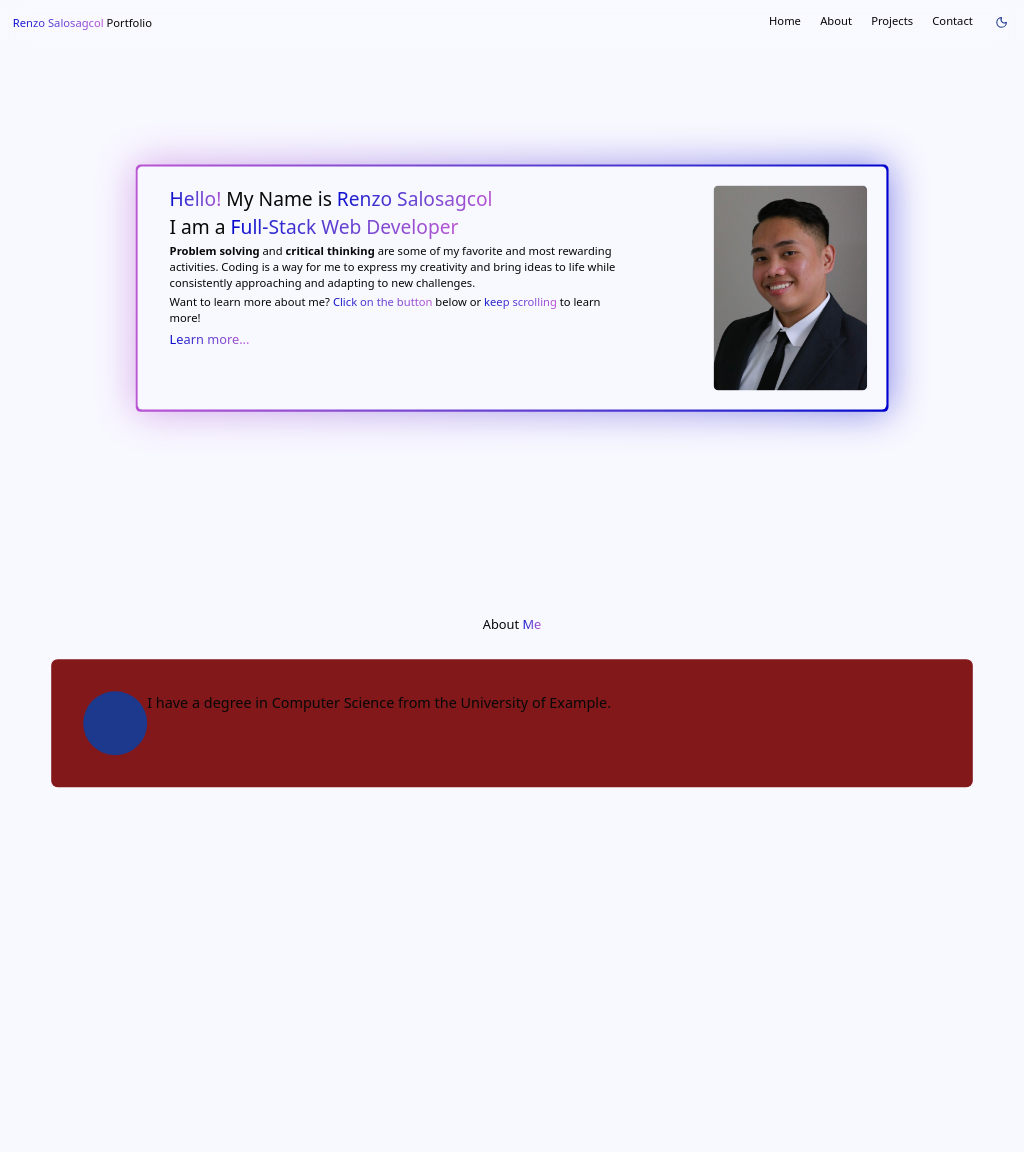
Repository: Renzo-Salosagcol/Updated_Personal_Portfolio
Page: /
An editor plug-in stored every save of this project. The page is shown before and after the next save, followed by the edit.
The browser window is 1280 px wide. The pictures show the whole page, at 80% of full size.
The project was rebuilt for these pictures with package versions that can differ from the ones it lists, and the page was loaded fresh each time. Also part of the build but not shown: vite.config.js, src/pages/NotFound.jsx.

Above is the page before, as saved 2025-10-10 12:30:46.

### index.html
<!doctype html>
<html lang="en">
  <head>
    <meta charset="UTF-8" />
    <link rel="icon" type="image/svg+xml" href="/vite.svg" />
    <meta name="viewport" content="width=device-width, initial-scale=1.0" />
    <title>updated-personal-portfolio</title>
  </head>
  <body>
    <div id="root"></div>
    <script type="module" src="/src/main.jsx"></script>
  </body>
</html>

### src/index.css
@import "tailwindcss";

@theme {
  --color-background: var(--background);
  --color-foreground: var(--foreground);

  --color-primary: var(--primary);
  --color-secondary: var(--secondary);

  --animate-fade-in: fade-in 1s ease-in forwards;
}

@layer base {
  /* Light Theme */
  :root {
    --background: #f8f8ff; /* Ghost White */
    --foreground: #080808; /* Vampire Black */

    --primary: #0000cd; /* Medium Blue */
    --secondary: #ba55d3; /* Medium Orchid */
  }

  /* Dark Theme */
  .dark {
    --background: #080808; /* Vampire Black */
    --foreground: #f8f8ff; /* Ghost White */

    --primary: #ff0800; /* Candy Apple Red */
    --secondary: #fefc22; /* Laser Lemon */
  }

  html {
    @apply scroll-smooth;
  }

  body {
    @apply bg-background text-foreground transition-colors duration-300;
  }
}

@property --gradient-angle {
  syntax: "<angle>";
  initial-value: 0deg;
  inherits: false;
}

@keyframes spin {
  from {
    --gradient-angle: 0deg;
  }
  to {
    --gradient-angle: 360deg;
  }
}

@keyframes fade-in {
  0% {
    opacity: 0;
    transform: translateY(20px);
  }
  100% {
    opacity: 1;
    transform: translateY(0);
  }
}

@utility container {
  margin-inline: auto;
  padding-inline: 1rem;
}

@utility after-gradient-border {
  @apply absolute h-[101.5%] w-[100.5%] top-1/2 left-1/2 -translate-x-1/2 -translate-y-1/2 rounded-md -z-10 bg-gradient-to-l from-primary to-secondary;
  content: '';
  /* animation: 3s spin linear infinite; */
}

@utility before-gradient-border {
  @apply after-gradient-border;
  filter: blur(1.5rem);
  opacity: 0.5;
}

@utility gradient-text {
  @apply text-transparent bg-clip-text bg-gradient-to-r from-primary to-secondary transition-colors duration-300;
}

@utility gradient-button {
  @apply after:after-gradient-border after:w-[103%] before:before-gradient-border gradient-text z-0;
}

@utility gradient-button-inner {
  @apply flex h-full w-full items-center justify-center rounded-full bg-background gradient-text z-10
}

@utility gradient-border {
  @apply after:after-gradient-border before:before-gradient-border
}

@utility glassmorphism {
  @apply bg-background/30 backdrop-blur-lg
}

### src/App.jsx
import { BrowserRouter, Routes, Route } from "react-router-dom"
import { Home } from "./pages/Home"
import { NotFound } from "./pages/NotFound"

function App() {
  return (
    <BrowserRouter>
      <Routes>
        <Route path="/" element={<Home />} />
        <Route path="*" element={<NotFound />} />
      </Routes>
    </BrowserRouter>
  )
}

export default App

### src/pages/Home.jsx
import { Background } from "../components/Background"
import { Navbar } from "../components/Navbar"
import { Hero } from "../components/Hero"
import { About } from "../components/About"

export const Home = () => {
  return (
    <div id="home" className="w-full h-screen">
      {/* Background */}
      <Background />


      {/* Navbar */}
      <Navbar />

      {/* Main */}
      <Hero />
      <About />

      {/* Footer */}
    </div>
  )
}

### src/components/Background.jsx


export const Background = () => {
  return (
    <div className="fixed inset-0 overflow-hidden pointer-events-none -z-40 bg-background w-screen h-screen">
    </div>
  )
}

### src/components/Navbar.jsx
import { ThemeToggle } from './ThemeToggle'

const items = [
  { name: 'Home', href: '#home' },
  { name: 'About', href: '#about' },
  { name: 'Projects', href: '#projects' },
  { name: 'Contact', href: '#contact' },
]

export const Navbar = () => {
  return (
    <nav className="fixed top-0 left-0 w-full p-2 flex items-center justify-between glassmorphism z-40 text-sm md:text-md text-foreground">
      <a href="#home" className="p-2"><span className="gradient-text">Renzo Salosagcol</span> Portfolio</a>
      <ul className="flex gap-6 p-2">
        {items.map(item => (
          <li key={item.name}
            className="hover:gradient-text transition-all duration-300 relative">
            <a href={item.href}>{item.name}</a>
          </li>
        ))}
        <li><ThemeToggle /></li>
      </ul>
    </nav>
  )
}

### src/components/Hero.jsx
import GradientButton from "./GradientButton";

export const Hero = () => {
  return (
    <main className="relative min-h-screen flex items-center justify-center max-w-10/12 rounded-md container z-0">
      <div className="z-0 relative gradient-border opacity-0 animate-fade-in">
        <div className="w-full h-full relative container flex flex-cols md:flex-rows justify-between gap-6 rounded-md p-6 bg-background">
          <div className="container flex flex-col gap-1">
            <h1 className="text-lg md:text-xl lg:text-2xl">
              <span className="gradient-text">Hello! </span>
              My Name is
              <span className="gradient-text"> Renzo Salosagcol</span>
            </h1>
            <h1 className="text-lg md:text-xl lg:text-2xl">I am a <span className="gradient-text">Full-Stack Web Developer</span></h1>
            <h3 className="w-md md:w-lg lg:w-xl text-sm">
              <span className="font-bold">Problem solving</span> and
              <span className="font-bold"> critical thinking </span>
              are some of my favorite and most rewarding activities. Coding is a way for me to express my creativity and bring ideas to life while consistently approaching and adapting to new challenges.
            </h3>
            <h3 className="w-md md:w-lg lg:w-xl text-sm">Want to learn more about me?
              <span className="gradient-text"> Click on the button</span> below or
              <span className="gradient-text"> keep scrolling</span> to learn more!
            </h3>
            <a
              href="#about"
              className="relative"
            >
              <GradientButton content="Learn more..." />
            </a>
          </div>
          <div>
            <img
            src="../../headshot.jpeg"
            alt="Headshot Photo"
            className="rounded-md w-64 h-64 object-cover"
            />
          </div>
      </div>
      </div>
    </main>
  )
}

### src/components/About.jsx
import { GraduationCap } from "lucide-react"

const experiences = [
  {
    name: "Education",
    icon: GraduationCap,
    description: "I have a degree in Computer Science from the University of Example.",
    link: "https://example.com/education"
  }
]

export const About = () => {
  return (
    <section id="about" className="relative min-h-screen py-12">
      <div className="top-0 flex items-center justify-center">
        <h1 >About <span className="gradient-text">Me</span></h1>
      </div>
      <div className="bg-red-900 mx-auto mt-8 max-w-6xl rounded-lg p-6 grid-cols-1 gap-6">
        {experiences.map((experience, index) => (
          <div key={index} className="flex flex-row items-start p-4">
            <experience.icon className="w-10 h-10 p-10 left rounded-full bg-blue-900" />
            <div>
              <p className="text-sm md:text-md lg:text-lg">
                {experience.description}
              </p>
              <a
                href={experience.link}
                target="_blank"
                rel="noopener noreferrer"
                className="text-blue-500 hover:underline"
              >
              </a>
            </div>
          </div>
        ))}
      </div>
    </section>
  )
}

### src/components/ThemeToggle.jsx
import { useState, useEffect } from "react"
import { Sun, Moon } from "lucide-react"

export const ThemeToggle = () => {
  const [isDark, setIsDark] = useState(false)

  useEffect(() => {
    const theme = localStorage.getItem("theme")
    if (theme) {
      setIsDark(theme === "dark")
      document.documentElement.classList.toggle("dark", theme === "dark")
    }
  }, [])

  const toggleTheme = () => {
    setIsDark(!isDark)
    document.documentElement.classList.toggle("dark", !isDark)
    localStorage.setItem("theme", !isDark ? "dark" : "light")
  }

  return (
    <button
      onClick={toggleTheme}
      className="max-sm:hidden p-1 z-50 rounded-full transition-color duration-300 focus:outline-hidden hover:cursor-pointer"
    >
      {isDark ? (
        <Sun className="h-4 w-4 text-yellow-300" />
      ) : (
        <Moon className="h-4 w-4 text-blue-900" />
      )}
    </button>

  )
}

### src/components/GradientButton.jsx
import React from "react";
import { props } from "react";

function GradientButton(props) {
  return (
    <button className="gradient-button">
        {props.content}
    </button>
  )
}

export default GradientButton;

Loaded but not shown: src/main.jsx (common file)

After the next save:
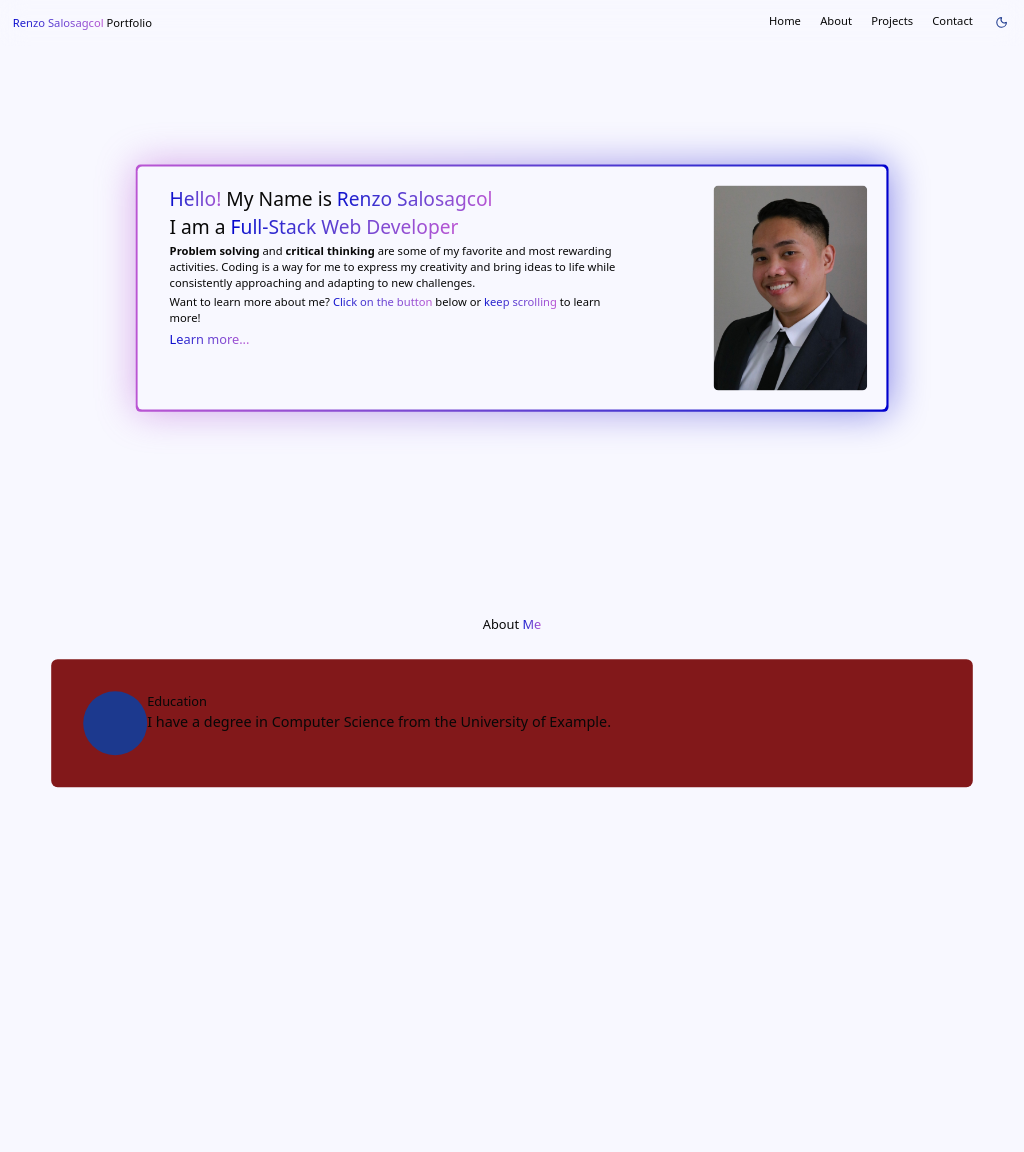
Saved 15 s later.
--- a/src/components/About.jsx
+++ b/src/components/About.jsx
@@ -20,6 +20,7 @@ export const About = () => {
           <div key={index} className="flex flex-row items-start p-4">
             <experience.icon className="w-10 h-10 p-10 left rounded-full bg-blue-900" />
             <div>
+              <h2>{experience.name}</h2>
               <p className="text-sm md:text-md lg:text-lg">
                 {experience.description}
               </p>
